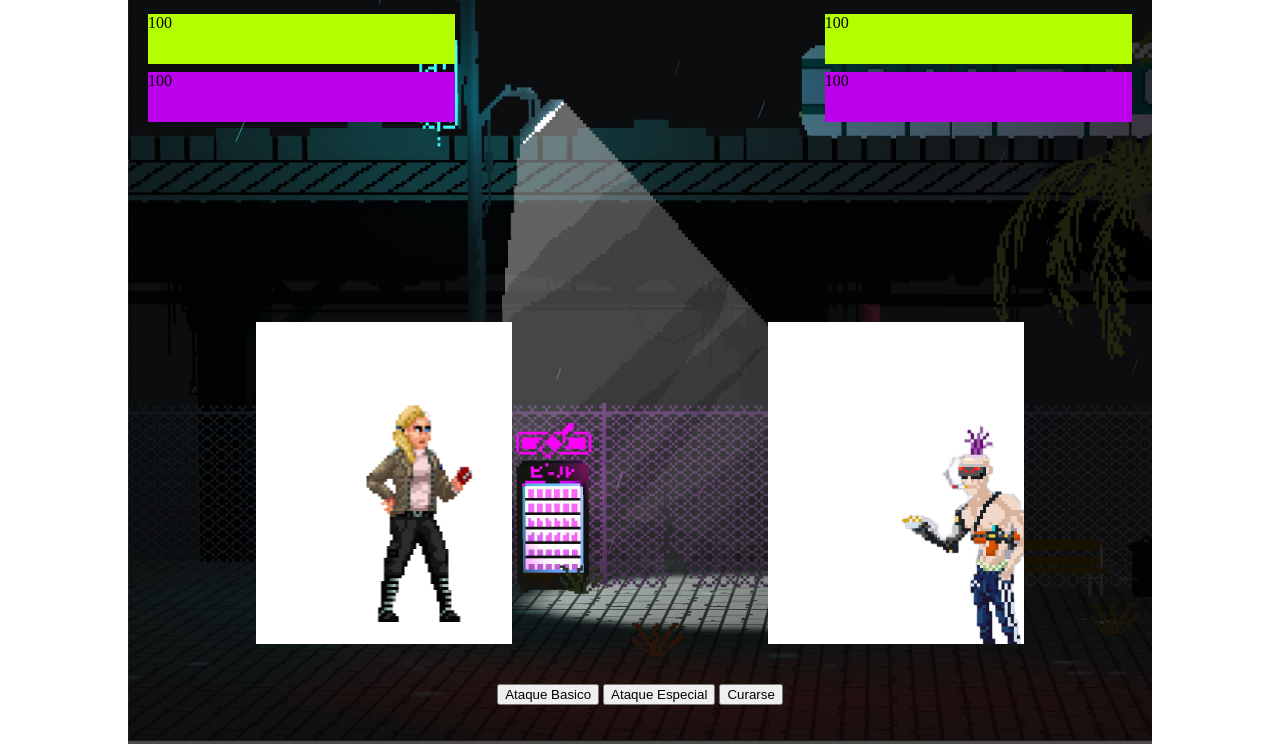
Repository: NovaDuel/novaduel-game
Page: index.html
These files come from the project's save history. The page is drawn as it stood at one moment and after the next save; the edit follows.
The browser window is 1280 px wide. The pictures show the whole page.

Above is the page before, as saved 2024-03-25 16:15:28.

### index.html
<!DOCTYPE html>
<html lang="en">
<head>
    <meta charset="UTF-8">
    <meta name="viewport" content="width=device-width, initial-scale=1.0">
    <link rel="stylesheet" href="style.css">
    <script src="main.js" defer></script>
    <title>NovaDuel</title>
</head>
<body>
    <div id="main-container">
        <div id="status">
            <div class="bars-wrapper">
                <div id="health-player" class="health"></div>
                <div id="stamina-player" class="stamina"></div>
            </div>
            <div class="bars-wrapper">
                <div id="health-enemy" class="health"></div>
                <div id="stamina-enemy" class="stamina"></div>
            </div>
        </div>
        <div id="characters">
            <div id="player" class="pj"></div>
            <div id="enemy" class="pj"></div>
        </div>
        <div id="actions">
            <div id="buttons">
                <button id="basic-attack" class="btn">Ataque Basico</button>
                <button id="special-attack" class="btn">Ataque Especial</button>
                <button id="heal-action" class="btn">Curarse</button>
            </div>
        </div>
    </div>
</body>
</html>

### style.css
body {
    margin: 0;
    padding: 0;
    height: 100vh;
    display: flex;
    align-items: center;
    justify-content: center;
}

#main-container {
    width: 1024px;
    height: 768px;
    background-size: cover;
    background-image: url(./images/scenario.jpg);
}

#status {
    display: flex;
    justify-content: space-between;
    width: 100%;
    height: 27%;
}

.bars-wrapper {
    display: flex;
    flex-direction: column;
    justify-content: space-evenly;
    align-items: left;
    width: 30%;
    height: 60%;
    margin-top: 30px;
    padding: 0 20px;
}

.health {
    width: 100%;
    height: 40%;
    background-color: rgb(179, 255, 0);
}

.stamina {
    width: 100%;
    height: 40%;
    background-color: rgb(189, 0, 236)
}

#characters {
    display: flex;
    align-items: end;
    justify-content: space-around;
    width: 100%;
    height: 60%;
}

.pj {
    height: 70%;
    width: 25%;
    background-color: white;
}

#player {
    background-position-x: 110px;
    background-position-y: 80px;
    background-size: 200%;
    background-repeat: no-repeat;
    background-image: url(./images/player.png)
}

#enemy {
    background-position-y: 10px;
    background-size: 180%;
    background-repeat: no-repeat;
    background-image: url(./images/enemy.png)
}

#actions {
    height: 13%;
    display: flex;
    align-items: center;
    justify-content: center;
}

### main.js
const selector = selector => document.querySelector(selector);
const selectAll = selector => document.querySelectorAll(selector);

function Player (health, stamina, strength) {
    this.health = health;
    this.stamina = stamina;
    this.strength = strength;
    this.attackPlayer = function() {
        return this.strength;
    },
    this.specialAttackPlayer = function() {
        if (this.stamina >= 10) {
            this.stamina -= 10;
            return this.strength + 10 * Math.round(Math.random() * 3);
        }
    },
    this.receiveDamage = function(damage) {
        this.health -= damage;
    }
    this.healing = function() {
        if (this.stamina >= 20) {
            this.stamina -= 20;
            this.health += 50;
        }
    }
}


function Enemy (health, stamina, strength) {
    this.health = health;
    this.stamina = stamina;
    this.strength = strength;
    this.attackEnemy = function() {
        return this.strength;
    },
    this.specialAttackEnemy = function() {
        if (this.stamina >= 10) {
            this.stamina -= 10;
            return this.strength + 10 * Math.round(Math.random() * 3);
        }
    },
    this.receiveDamage = function (damage) {
        this.health -= damage;
    },
    this.healing = function() {
        if (this.stamina >= 20) {
            this.stamina -= 20;
            this.health += 50;
        }
    }
}

function Game() {

}

let player = new Player(100, 100, 20);
let enemy = new Enemy(100, 100, 18);
selector('#health-player').textContent = player.health;
selector('#stamina-player').textContent = player.stamina;
selector('#health-enemy').textContent = enemy.health;
selector('#stamina-enemy').textContent = enemy.stamina;

function actionsEnemy() {
    if (enemy.stamina >= 10) {
        if (enemy.health === 100) {
            let randomAction = Math.floor(Math.random() * 2);
            switch(randomAction) {
                case 0:
                    let enemyStrength = enemy.attackEnemy();
                    player.receiveDamage(enemyStrength);
                    selector("#health-player").style.width = `${player.health}%`;
                    selector('#health-player').textContent = player.health;
                    break;
                case 1:
                    let specialEnemyStrength = enemy.specialAttackEnemy();
                    player.receiveDamage(specialEnemyStrength);
                    selector("#health-player").style.width = `${player.health}%`;
                    selector("#stamina-enemy").style.width = `${enemy.stamina}%`;
                    selector('#health-player').textContent = player.health;
                    selector('#stamina-enemy').textContent = enemy.stamina;
                    break;
            }
        } else {
            let randomAction = Math.floor(Math.random() * 3);
            switch(randomAction) {
                case 0:
                    let enemyStrength = enemy.attackEnemy();
                    player.receiveDamage(enemyStrength);
                    selector("#health-player").style.width = `${player.health}%`;
                    selector('#health-player').textContent = player.health;
                    break;
                case 1:
                    let specialEnemyStrength = enemy.specialAttackEnemy();
                    player.receiveDamage(specialEnemyStrength);
                    selector("#health-player").style.width = `${player.health}%`;
                    selector("#stamina-enemy").style.width = `${enemy.stamina}%`;
                    selector('#health-player').textContent = player.health;
                    selector('#stamina-enemy').textContent = enemy.stamina;
                    break;
                case 2:
                    enemy.healing();
                    selector("#stamina-enemy").style.width = `${enemy.stamina}%`;
                    selector('#stamina-enemy').textContent = enemy.stamina;
                    selector('#health-enemy').textContent = enemy.health;
                    break;
            }
        }

    } else {
        let enemyStrength = enemy.attackEnemy();
        player.receiveDamage(enemyStrength);
        selector("#health-player").style.width = `${player.health}%`;
        selector('#health-player').textContent = player.health;
    }
}

let buttons = selectAll(".btn");

selector('#basic-attack').addEventListener('click', function() {
    let playerStrength = player.attackPlayer();
    enemy.receiveDamage(playerStrength);
    buttons.forEach(button => {
        button.setAttribute("disabled", "")
    })
    selector("#health-enemy").style.width = `${enemy.health}%`;
    selector('#health-enemy').textContent = enemy.health;
    setTimeout(actionsEnemy, 500);
    setTimeout(function() {
        buttons.forEach(button => {
            button.removeAttribute("disabled", "")
        });
    }, 1000)
    selector('#health-player').textContent = player.health;
    stateHealth();
});
selector('#special-attack').addEventListener('click', function() {
    let playerStrength = player.specialAttackPlayer();
    enemy.receiveDamage(playerStrength);
    buttons.forEach(button => {
        button.setAttribute("disabled", "")
    })
    selector("#health-enemy").style.width = `${enemy.health}%`;
    selector('#health-enemy').textContent = enemy.health;
    selector("#stamina-player").style.width = `${player.stamina}%`;
    selector('#stamina-player').textContent = player.stamina;
    setTimeout(actionsEnemy, 500);
    setTimeout(function() {
        buttons.forEach(button => {
            button.removeAttribute("disabled", "")
        })
    }, 1000)
    stateHealth();
});
selector('#heal-action').addEventListener('click', function() {
    if (player.health >= 100 || player.stamina === 0) {
        alert("No puedes curarte ahora mismo")
    } else {
        player.healing();
        buttons.forEach(button => {
            button.setAttribute("disabled", "")
        })
        selector("#stamina-player").style.width = `${player.stamina}%`;
        selector('#stamina-player').textContent = player.stamina;
        selector('#health-player').textContent = player.health;
        setTimeout(actionsEnemy, 500);
        setTimeout(function() {
            buttons.forEach(button => {
                button.removeAttribute("disabled", "")
            })
        }, 1000)
        stateHealth();
    }
});


function stateHealth() {
    if(enemy.health === 0 || enemy.health < 0) {
        console.log('YOU WIN');
    }
    if (player.health === 0 || player.health < 0) {
        console.log('GAME OVER');
    }
}

After the next save:
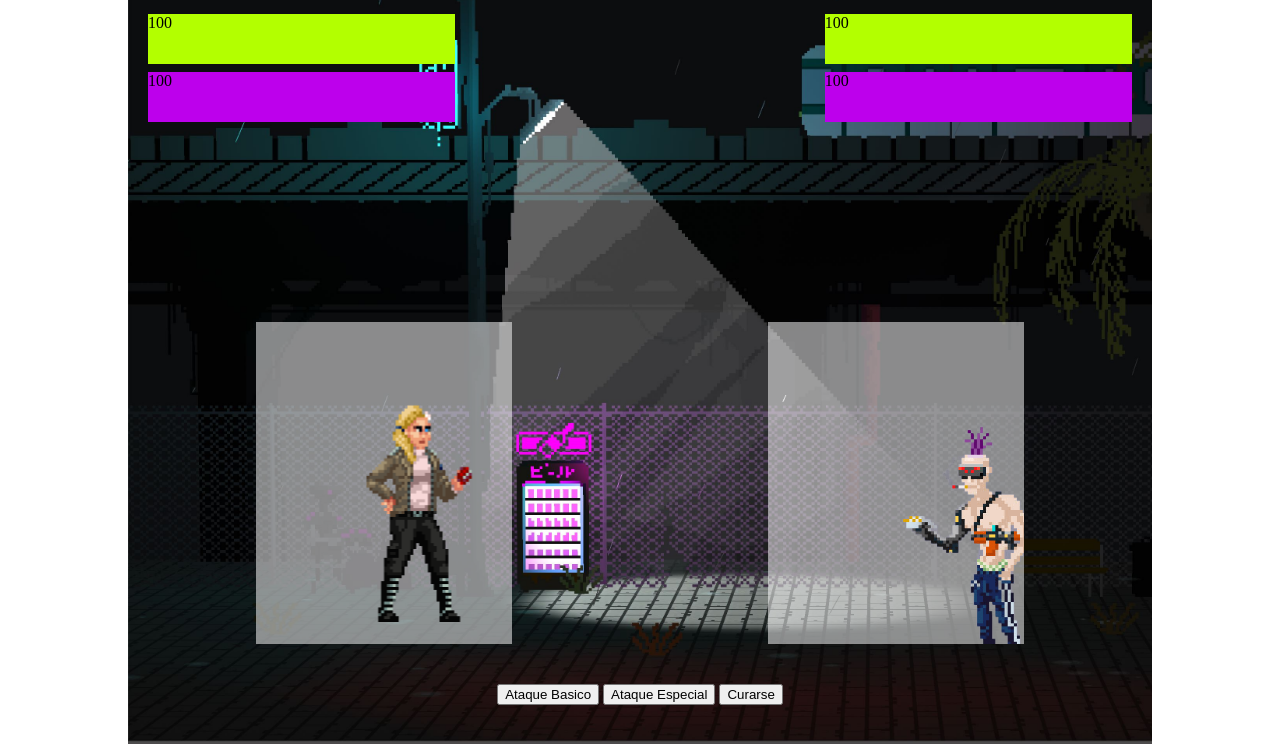
Saved 4 s later.
--- a/style.css
+++ b/style.css
@@ -55,7 +55,7 @@ body {
 .pj {
     height: 70%;
     width: 25%;
-    background-color: white;
+    background-color: rgba(255, 255, 255, 0.52);
 }
 
 #player {
